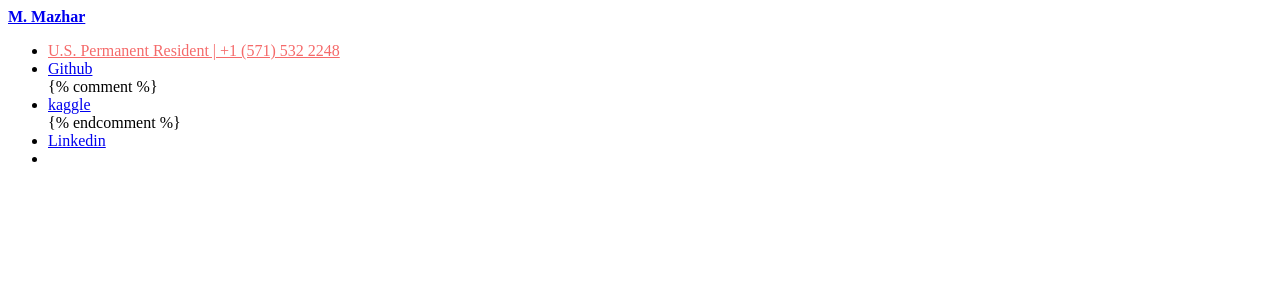
Repository: mm-mazhar/django-portfolio-website
Page: templates/partials/header.html
The author's editor kept a copy of each file at every save. The page is drawn from the files as they stood at one save, then again after the next save.
The browser window is 1280 px wide. The pictures show the whole page.

Above is the page before, as saved 2025-07-17 20:18:34.

### templates/partials/header.html
<header id="header">
    <a href="/" class="logo"><strong>M. Mazhar</strong></a>
    <ul class="icons">
        <!-- <li><a href="#" class="icon brands fa-facebook-f"><span class="label">Facebook</span></a></li> -->
         <li><a href="tel:+15715322248" style="color: #f56a6a;">U.S. Permanent Resident | +1 (571) 532 2248</a></li>
        <li><a href="https://github.com/mm-mazhar" target="_blank" class="icon brands fa-github"><span class="label">Github</span></a></li>
        {% comment %} <li><a href="https://www.kaggle.com/mazhar01" target="_blank" class="icon brands fa-kaggle"><span class="label">kaggle</span></a></li> {% endcomment %}
        <li><a href="https://www.linkedin.com/in/m-mazhar-121133269/" target="_blank" class="icon brands fa-linkedin"><span class="label">Linkedin</span></a></li>
        <!-- <li><a href="https://twitter.com/m_mazhar_01" target="_blank" class="icon brands fa-twitter"><span class="label">Twitter</span></a></li> -->
        <li><a href="https://wa.me/+15715322248" target="_blank" class="icon brands fa-whatsapp"><span class="label"></span></a></li>
        <!-- <li><a href="#" target="_blank" class="icon brands fa-snapchat-ghost"><span class="label">Snapchat</span></a></li>
        <li><a href="#" target="_blank" class="icon brands fa-instagram"><span class="label">Instagram</span></a></li>
        <li><a href="#" target="_blank" class="icon brands fa-medium-m"><span class="label">Medium</span></a></li> -->
    </ul>

</header>

After the next save:
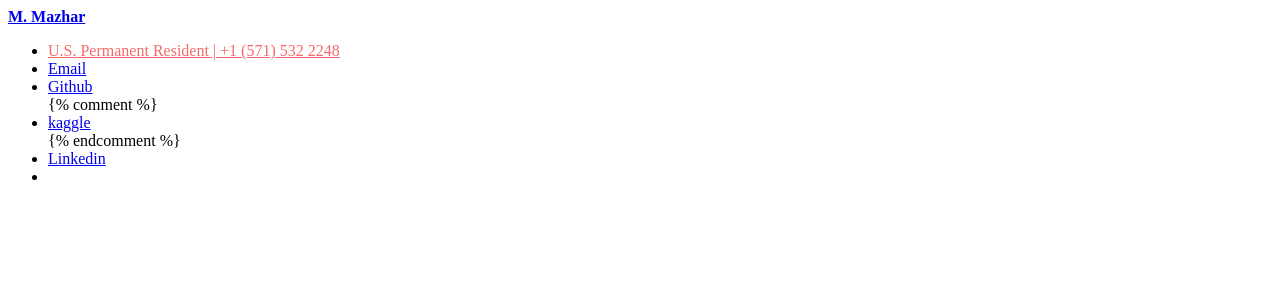
Saved 106 s later.
--- a/templates/partials/header.html
+++ b/templates/partials/header.html
@@ -3,6 +3,7 @@
     <ul class="icons">
         <!-- <li><a href="#" class="icon brands fa-facebook-f"><span class="label">Facebook</span></a></li> -->
          <li><a href="tel:+15715322248" style="color: #f56a6a;">U.S. Permanent Resident | +1 (571) 532 2248</a></li>
+         <li class="icon solid fa-envelope"><a href="mailto:email.mazhar.01@gmail.com" target="_blank">Email</a></li>
         <li><a href="https://github.com/mm-mazhar" target="_blank" class="icon brands fa-github"><span class="label">Github</span></a></li>
         {% comment %} <li><a href="https://www.kaggle.com/mazhar01" target="_blank" class="icon brands fa-kaggle"><span class="label">kaggle</span></a></li> {% endcomment %}
         <li><a href="https://www.linkedin.com/in/m-mazhar-121133269/" target="_blank" class="icon brands fa-linkedin"><span class="label">Linkedin</span></a></li>
